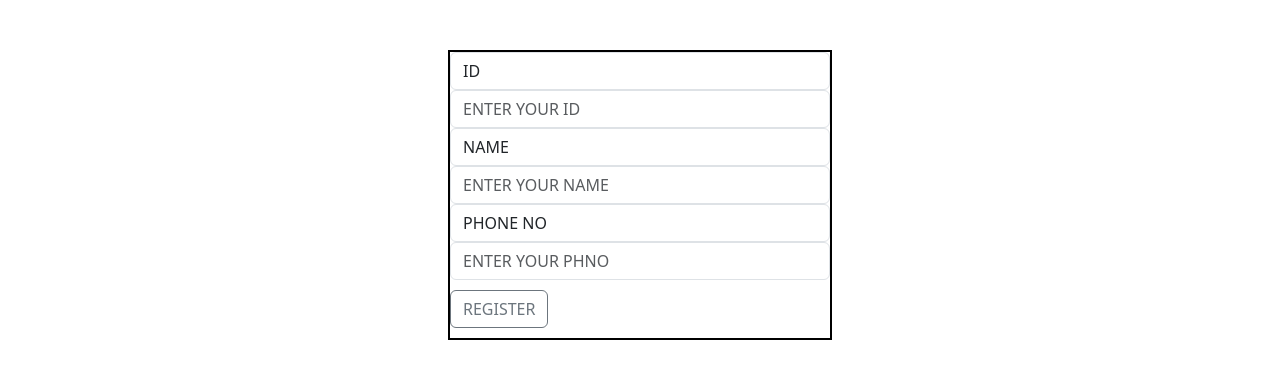
Repository: arindamslt/JEECoding
Page: JEE_FRONTEND/src/main/webapp/04BootstrapForm.html
These files come from the project's save history. The page is drawn as it stood at one moment and after the next save; the edit follows.
The browser window is 1280 px wide. The pictures show the whole page.

Above is the page before, as saved 2025-07-17 05:18:43.

After the next save:
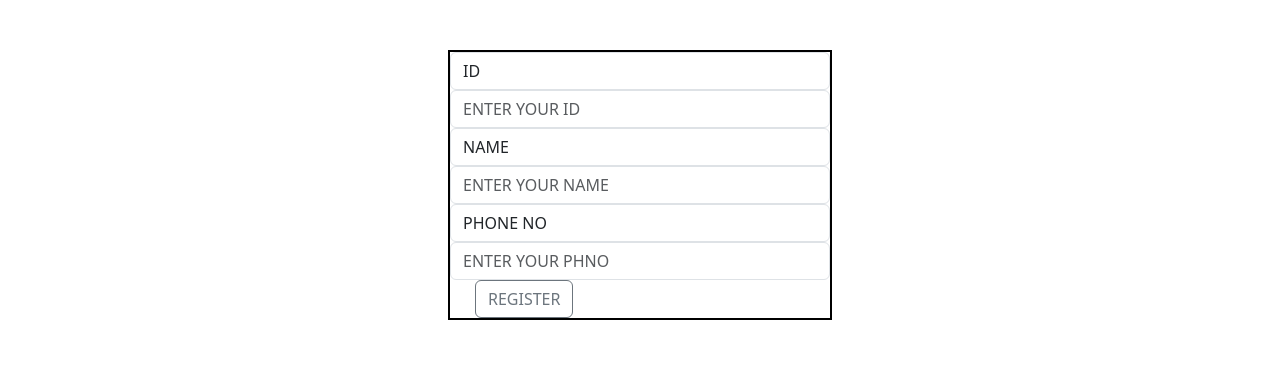
Saved 23 s later.
--- a/JEE_FRONTEND/src/main/webapp/04BootstrapForm.html
+++ b/JEE_FRONTEND/src/main/webapp/04BootstrapForm.html
@@ -14,7 +14,7 @@
 	<input type="text" class="form-control" name="nm" placeholder="ENTER YOUR NAME"/>
 	<label class="form-control">PHONE NO</label>
 	<input type="text" class="form-control" name="phno" placeholder="ENTER YOUR PHNO"/>
-	<button class="btn btn-outline-secondary" style="margin:10px auto;">REGISTER</button>
+	<button class="btn btn-outline-secondary" style="margin-left:25px;">REGISTER</button>
 </div>
 </body>
 </html>
